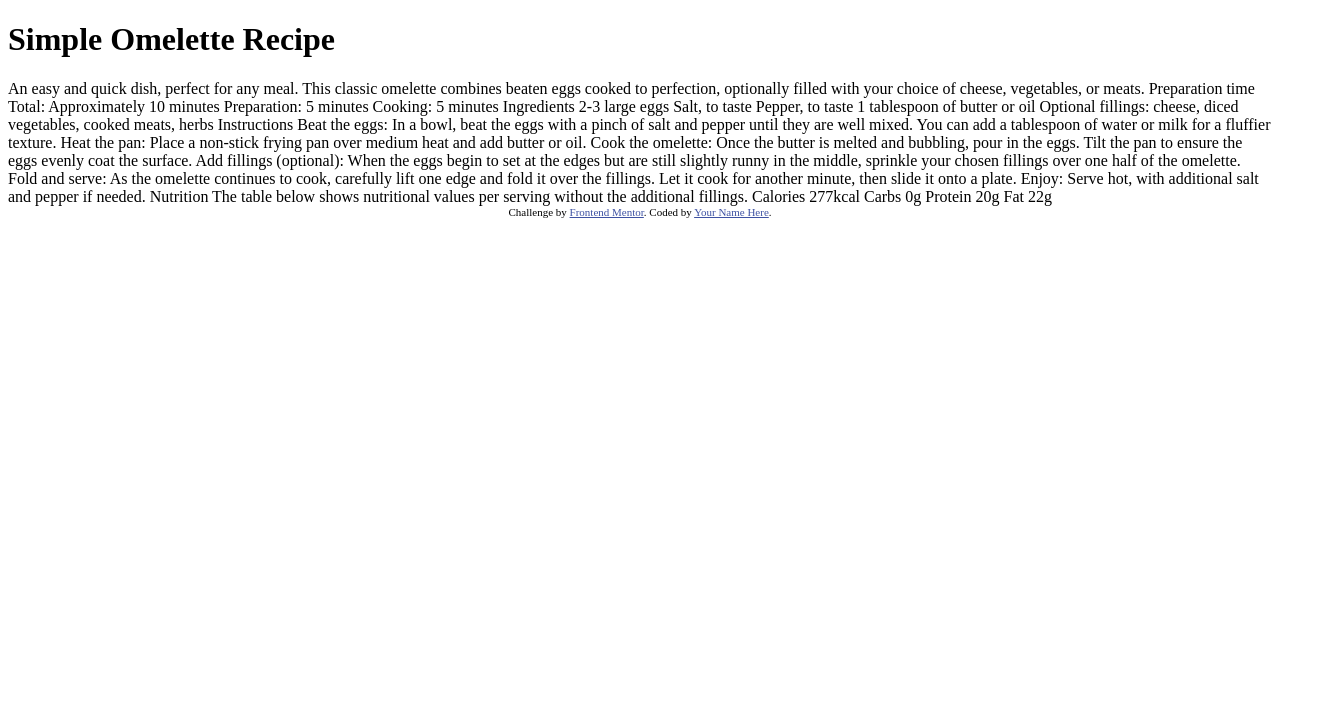
Repository: sodmaq/recipe-page-
Page: index.html
These files come from the project's save history. The page is drawn as it stood at one moment and after the next save; the edit follows.
The browser window is 1280 px wide. The page is 1280 px wide, then 1320 px, so the pictures cover 1320 px, including what lies to the right of the window. The pictures show the whole page.

Above is the page before, as saved 2024-09-07 12:14:04.

After the next save:
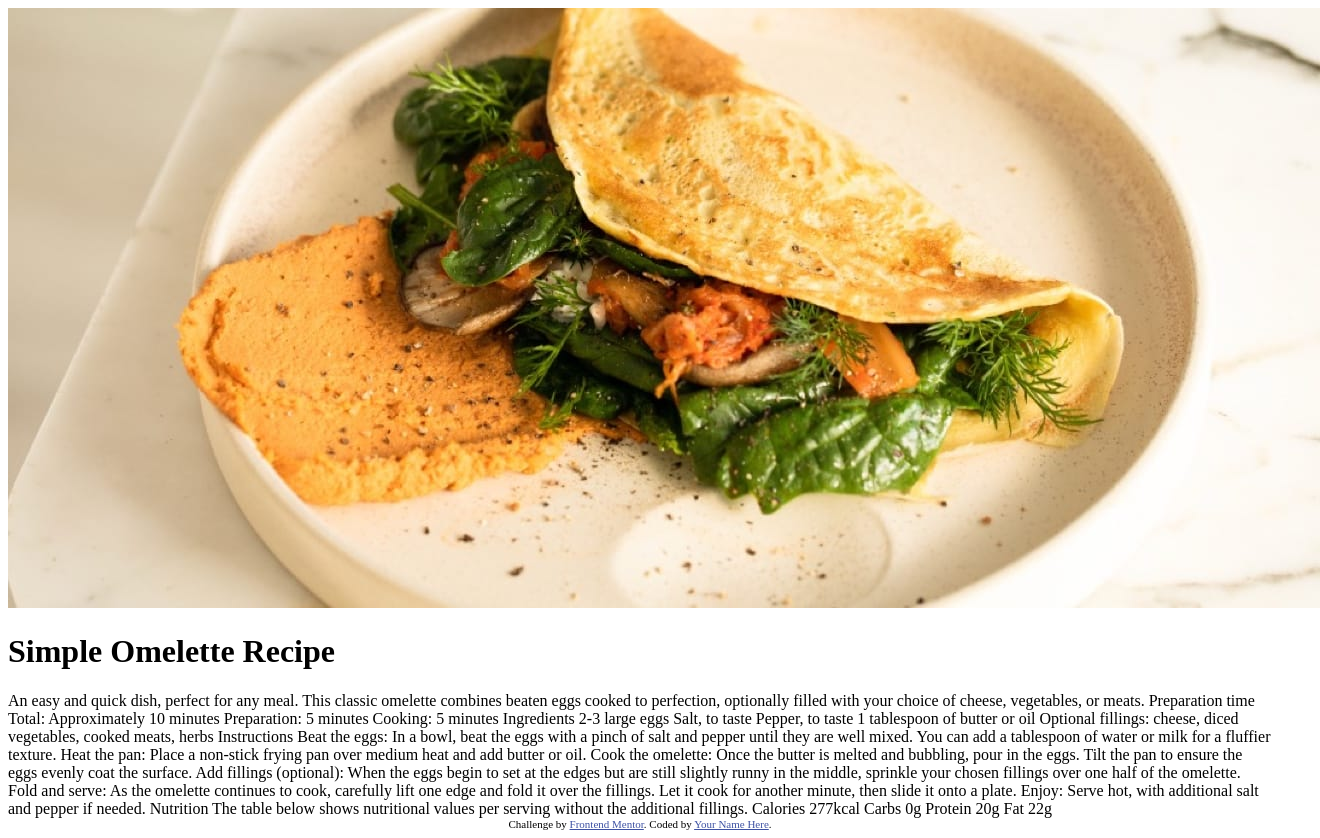
Saved 113 s later.
--- a/index.html
+++ b/index.html
@@ -26,6 +26,7 @@
     </style>
   </head>
   <body>
+    <img src="/assets/images/image-omelette.jpeg" alt="" />
     <h1>Simple Omelette Recipe</h1>
 
     An easy and quick dish, perfect for any meal. This classic omelette combines
